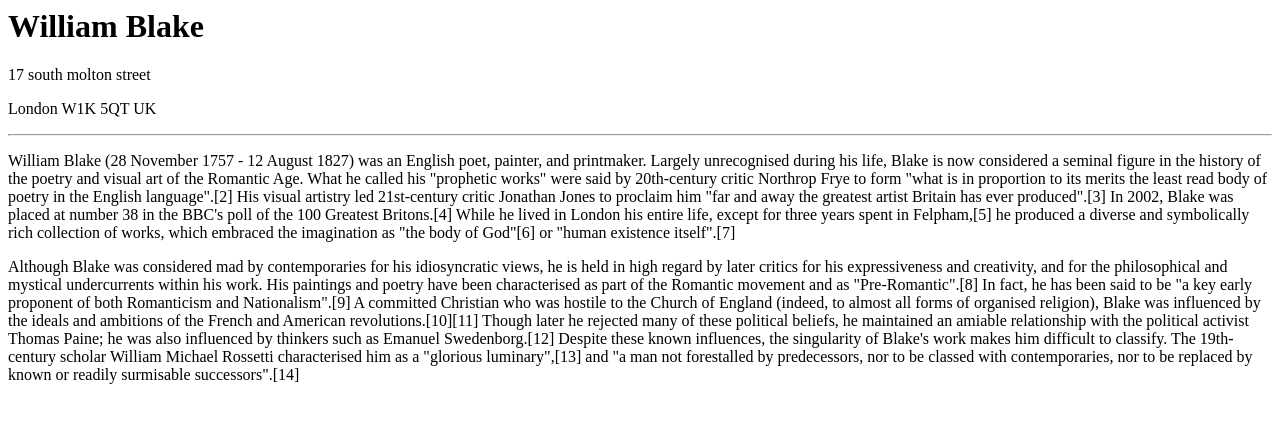
Repository: logan-lampton/python
Page: web-foundation/poet.html
An editor plug-in stored every save of this project. The page is shown before and after the next save, followed by the edit.
The browser window is 1280 px wide. The pictures show the whole page.

Above is the page before, as saved 2023-08-23 15:38:21.

### web-foundation/poet.html
<h1>William Blake</h1>

<p>17 south molton street</p> London W1K 5QT UK</p>
<hr />

<p>
  William Blake (28 November 1757 - 12 August 1827) was an English poet,
  painter, and printmaker. Largely unrecognised during his life, Blake is now
  considered a seminal figure in the history of the poetry and visual art of the
  Romantic Age. What he called his "prophetic works" were said by 20th-century
  critic Northrop Frye to form "what is in proportion to its merits the least
  read body of poetry in the English language".[2] His visual artistry led
  21st-century critic Jonathan Jones to proclaim him "far and away the greatest
  artist Britain has ever produced".[3] In 2002, Blake was placed at number 38
  in the BBC's poll of the 100 Greatest Britons.[4] While he lived in London his
  entire life, except for three years spent in Felpham,[5] he produced a diverse
  and symbolically rich collection of works, which embraced the imagination as
  "the body of God"[6] or "human existence itself".[7]
</p>

<p>
  Although Blake was considered mad by contemporaries for his idiosyncratic
  views, he is held in high regard by later critics for his expressiveness and
  creativity, and for the philosophical and mystical undercurrents within his
  work. His paintings and poetry have been characterised as part of the Romantic
  movement and as "Pre-Romantic".[8] In fact, he has been said to be "a key
  early proponent of both Romanticism and Nationalism".[9] A committed Christian
  who was hostile to the Church of England (indeed, to almost all forms of
  organised religion), Blake was influenced by the ideals and ambitions of the
  French and American revolutions.[10][11] Though later he rejected many of
  these political beliefs, he maintained an amiable relationship with the
  political activist Thomas Paine; he was also influenced by thinkers such as
  Emanuel Swedenborg.[12] Despite these known influences, the singularity of
  Blake's work makes him difficult to classify. The 19th-century scholar William
  Michael Rossetti characterised him as a "glorious luminary",[13] and "a man
  not forestalled by predecessors, nor to be classed with contemporaries, nor to
  be replaced by known or readily surmisable successors".[14]
</p>

After the next save:
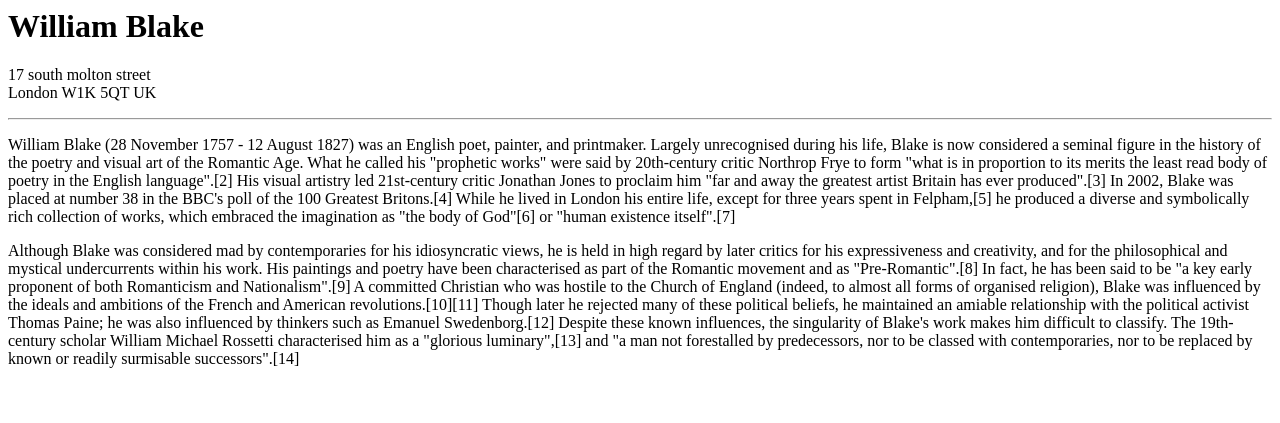
Saved 18 s later.
--- a/web-foundation/poet.html
+++ b/web-foundation/poet.html
@@ -1,6 +1,9 @@
 <h1>William Blake</h1>
 
-<p>17 south molton street</p> London W1K 5QT UK</p>
+<p>
+  17 south molton street<br />
+  London W1K 5QT UK
+</p>
 <hr />
 
 <p>
